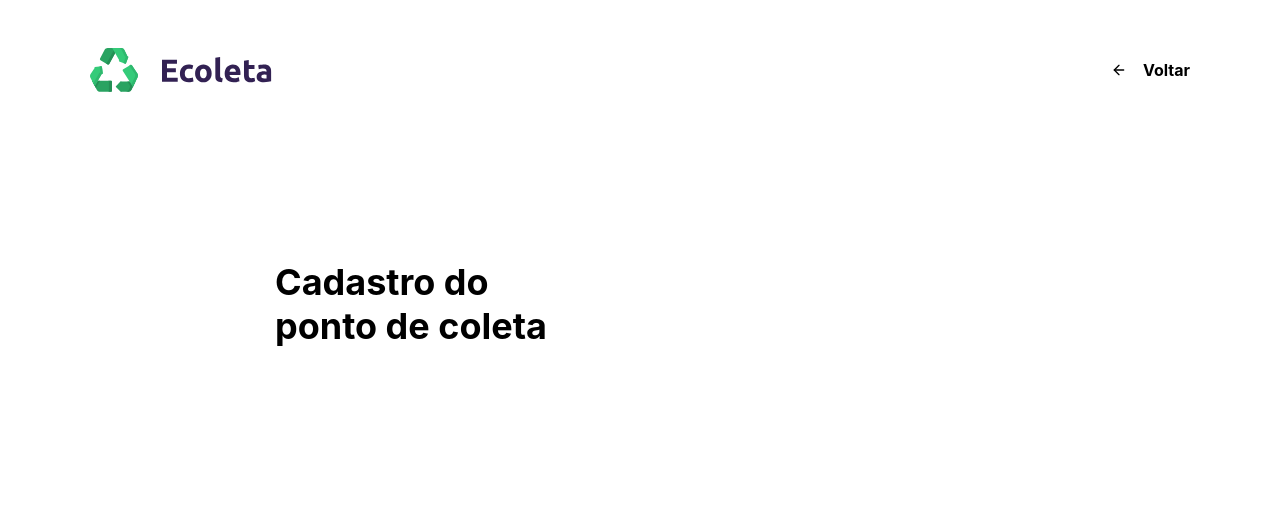
Repository: johnnedemoraesrocha/nlw-o1
Page: /create-point (app in web/)
The author's editor kept a copy of each file at every save. The page is drawn from the files as they stood at one save, then again after the next save.
The browser window is 1280 px wide. The pictures show the whole page.
The project was rebuilt for these pictures with package versions that can differ from the ones it lists, and the page was loaded fresh each time. Also part of the build but not shown: web/src/App.css, web/src/pages/Home/Home.css, web/src/pages/Home/index.tsx.

Above is the page before, as saved 2020-06-03 22:40:47.

### web/public/index.html
<!DOCTYPE html>
<html lang="en">
  <head>
    <meta charset="utf-8" />
    <link rel="icon" href="%PUBLIC_URL%/favicon.ico" />
    <meta name="viewport" content="width=device-width, initial-scale=1" />
    <meta name="theme-color" content="#34CB79" />
    <meta
      name="description"
      content="Web site created using create-react-app"
    />
    <link rel="apple-touch-icon" href="%PUBLIC_URL%/logo192.png" />
    <!--
      manifest.json provides metadata used when your web app is installed on a
      user's mobile device or desktop. See https://developers.google.com/web/fundamentals/web-app-manifest/
    -->
    <!--<link rel="manifest" href="%PUBLIC_URL%/manifest.json" />-->
    <!--
      Notice the use of %PUBLIC_URL% in the tags above.
      It will be replaced with the URL of the `public` folder during the build.
      Only files inside the `public` folder can be referenced from the HTML.

      Unlike "/favicon.ico" or "favicon.ico", "%PUBLIC_URL%/favicon.ico" will
      work correctly both with client-side routing and a non-root public URL.
      Learn how to configure a non-root public URL by running `npm run build`.
    -->
    <title>Ecoleta</title>
  </head>
  <body>
    <noscript>You need to enable JavaScript to run this app.</noscript>
    <div id="root"></div>

  </body>
</html>

### web/src/App.tsx
import React, { useState } from 'react';
//import ReactDOM from 'react-dom';
import logo from './logo.svg';
import './App.css';

//import Header from './Header';
import Routes from './routes';

function App() {

  return (
    <div>
      <Routes  />
    </div>
  );
}

export default App;

### web/src/routes.tsx
import React from 'react';
import { Route, BrowserRouter } from 'react-router-dom';

import Home from './pages/Home';
import CreatePoint from './pages/CreatePoint';

const Routes = () => {
    return (
        <BrowserRouter>
            <Route component={Home} path="/" exact/>
            <Route component={CreatePoint} path="/create-point"/>
        </BrowserRouter>
    )
}
export default Routes;

### web/src/pages/CreatePoint/index.tsx
import React from 'react';
import { Link } from 'react-router-dom';
import { FiArrowLeft } from 'react-icons/fi';

import './CreatePoint.css';

import logo from '../../assets/logo.svg';

const CreatePoint = () => {
    return (
        <div id="page-create-point">
            <header>
                <img src={logo} alt="Ecoleta"></img>
                <Link to="/">
                    <FiArrowLeft />
                    Voltar
                </Link>
            </header>

            <form>
                <h1>Cadastro do <br/> ponto de coleta</h1>

                <fieldset>
                    <legend>

                    </legend>
                </fieldset>
            </form>

        </div>
    )
}

export default CreatePoint;

### web/src/pages/CreatePoint/CreatePoint.css
#page-create-point {
  width: 100%;
  max-width: 1100px;

  margin: 0 auto;
}

#page-create-point header {
  margin-top: 48px;

  display: flex;
  justify-content: space-between;
  align-items: center;
}

#page-create-point header a {
  color: var(--title-color);
  font-weight: bold;
  text-decoration: none;

  display: flex;
  align-items: center;
}

#page-create-point header a svg {
  margin-right: 16px;
  color: var(--primary-color);
}

#page-create-point form {
  margin: 80px auto;
  padding: 64px;
  max-width: 730px;
  background: #FFF;
  border-radius: 8px;

  display: flex;
  flex-direction: column;
}

#page-create-point form h1 {
  font-size: 36px;
}

#page-create-point form fieldset {
  margin-top: 64px;
  min-inline-size: auto;
  border: 0;
}

#page-create-point form legend {
  width: 100%;
  display: flex;
  justify-content: space-between;
  align-items: center;
  margin-bottom: 40px;
}

#page-create-point form legend h2 {
  font-size: 24px;
}

#page-create-point form legend span {
  font-size: 14px;
  font-weight: normal;
  color: var(--text-color);
}

#page-create-point form .field-group {
  flex: 1;
  display: flex;
}

#page-create-point form .field {
  flex: 1;

  display: flex;
  flex-direction: column;
  margin-bottom: 24px;
}

#page-create-point form .field input[type=text],
#page-create-point form .field input[type=email],
#page-create-point form .field input[type=number] {
  flex: 1;
  background: #F0F0F5;
  border-radius: 8px;
  border: 0;
  padding: 16px 24px;
  font-size: 16px;
  color: #6C6C80;
}

#page-create-point form .field select {
  -webkit-appearance: none;
  -moz-appearance: none;
  appearance: none;
  flex: 1;
  background: #F0F0F5;
  border-radius: 8px;
  border: 0;
  padding: 16px 24px;
  font-size: 16px;
  color: #6C6C80;
}

#page-create-point form .field input::placeholder {
  color: #A0A0B2;
}

#page-create-point form .field label {
  font-size: 14px;
  margin-bottom: 8px;
}

#page-create-point form .field :disabled {
  cursor: not-allowed;
}

#page-create-point form .field-group .field + .field {
  margin-left: 24px;
}

#page-create-point form .field-group input + input {
  margin-left: 24px;
}

#page-create-point form .field-check {
  flex-direction: row;
  align-items: center;
}

#page-create-point form .field-check input[type=checkbox] {
  background: #F0F0F5;
}

#page-create-point form .field-check label {
  margin: 0 0 0 8px;
}

#page-create-point form .leaflet-container {
  width: 100%;
  height: 350px;
  border-radius: 8px;
  margin-bottom: 24px;
}

#page-create-point form button {
  width: 260px;
  height: 56px;
  background: var(--primary-color);
  border-radius: 8px;
  color: #FFF;
  font-weight: bold;
  font-size: 16px;
  border: 0;
  align-self: flex-end;
  margin-top: 40px;
  transition: background-color 0.2s;
  cursor: pointer;
}

#page-create-point form button:hover {
  background: #2FB86E;
}

.items-grid {
  display: grid;
  grid-template-columns: repeat(3, 1fr);
  gap: 16px;
  list-style: none;
}

.items-grid li {
  background: #f5f5f5;
  border: 2px solid #f5f5f5;
  height: 180px;
  border-radius: 8px;
  padding: 32px 24px 16px;

  display: flex;
  flex-direction: column;
  justify-content: space-between;
  align-items: center;

  text-align: center;

  cursor: pointer;
}

.items-grid li span {
  flex: 1;
  margin-top: 12px;

  display: flex;
  align-items: center;
  color: var(--title-color)
}

.items-grid li.selected {
  background: #E1FAEC;
  border: 2px solid #34CB79;
}

Loaded but not shown: web/src/index.tsx (common file); web/src/index.css (common file)

After the next save:
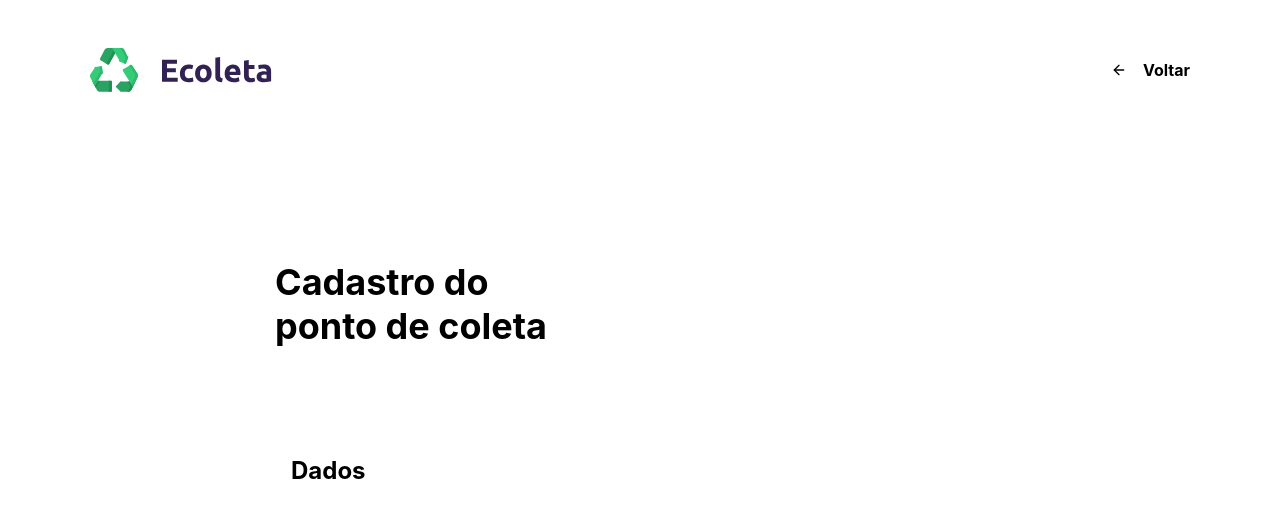
Saved 7 s later.
--- a/web/src/pages/CreatePoint/index.tsx
+++ b/web/src/pages/CreatePoint/index.tsx
@@ -22,7 +22,7 @@ const CreatePoint = () => {
 
                 <fieldset>
                     <legend>
-
+                        <h2>Dados</h2>
                     </legend>
                 </fieldset>
             </form>
